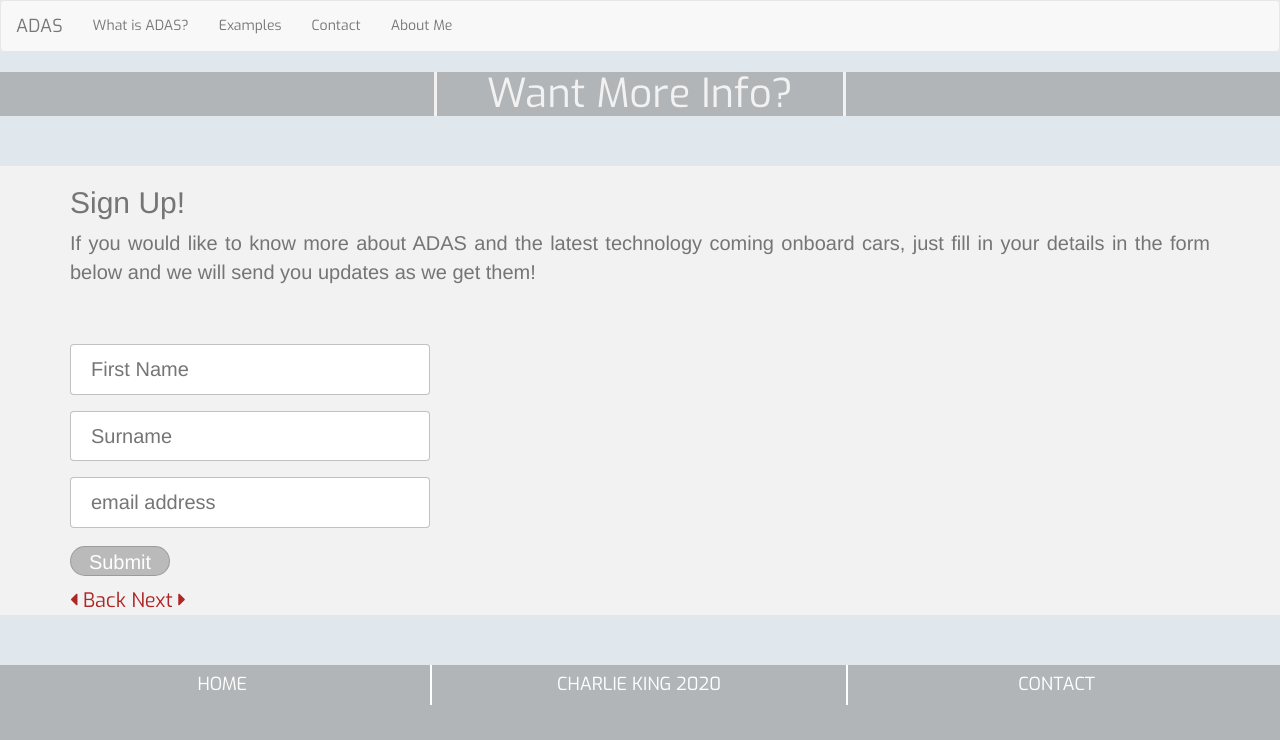
Repository: Cha-K28/First-Milestone-Project
Page: contact.html
The author's editor kept a record of every edit. The page is drawn from the files as they stood at one moment, then again after the next edit.
The browser window is 1280 px wide. The pictures show the whole page.
Some web libraries are served in a nearby version.

Above is the page before.

### contact.html
<!DOCTYPE html>
<html lang="en">

<head>
    <meta charset="utf-8">
    <meta name="viewport" content="width=device-width, initial-scale=1">
    <link rel="stylesheet" href="https://maxcdn.bootstrapcdn.com/bootstrap/3.4.1/css/bootstrap.min.css">
    <script src="https://ajax.googleapis.com/ajax/libs/jquery/3.4.1/jquery.min.js"></script>
    <script src="https://maxcdn.bootstrapcdn.com/bootstrap/3.4.1/js/bootstrap.min.js"></script>
    <link href="https://fonts.googleapis.com/css?family=Exo&display=swap" rel="stylesheet">
    <link rel="stylesheet" href="https://cdnjs.cloudflare.com/ajax/libs/font-awesome/5.11.2/css/all.css" type="text/css" />

    <link rel="stylesheet" href="css/style.css" type="text/css" />
    <title>ADAS - What is it?</title>
</head>

<body>
    <!-- header  -->
    <header>
        <nav class="navbar navbar-default">
            <div class="container-fluid">
                <div class="navbar-header">

                    <button type="button" class="navbar-toggle" data-toggle="collapse" data-target="#myNavbar">
                        <span class="icon-bar"></span>
                        <span class="icon-bar"></span>
                        <span class="icon-bar"></span>
                    </button>

                    <a class="navbar-brand" href="index.html">ADAS</a>
                </div>
                <div class="collapse navbar-collapse" id="myNavbar">
                    <ul class="nav navbar-nav">
                        <li><a href="what_is_adas.html">What is ADAS?</a></li>
                        <li><a href="examples.html">Examples</a></li>
                        <li><a href="contact.html">Contact</a></li>
                        <li><a href="about_me.html">About Me</a></li>
                    </ul>
                </div>
            </div>
        </nav>
    </header>
    <!-- End header  -->

    <!-- Content -->

    <div class="top_headings">
        <H1>Want More Info?</H1>
    </div>

    <div class="bright_background">

        <div class="container">

            <h2>Sign Up!</h2>


            <p>
                If you would like to know more about ADAS and the latest technology coming onboard cars, just fill in your details in the form below and we will send you updates as we get them!
            </p>

            <div class="row">

                <div class="col-md-4">
                    <form>
                        <input type="text" name="first_name" placeholder="First Name" />
                        <input type="text" name="surname" placeholder="Surname" />
                        <input type="email" name="email" placeholder="email address">
                        <input type="submit" value="Submit" />
                    </form>
                </div>

            </div>




                <div>

                    <a href="examples.html" class="red-color"><i class="fas fa-caret-left"></i> Back </a>
                    <a href="about_me.html" class="red-color">Next <i class="fas fa-caret-right"></i></a>

                </div>



        </div>
    </div>

    <!-- End Content -->



    <!-- footer -->
    <div class="footer">
        <footer class="container-fluid footer_background">

                <div>
                    <div class="col-sm-4 footer_box">
                        <h4><a href="index.html">Home</a></h4>
                    </div>
                    <div class="col-sm-4 footer_box">
                        <h4>Charlie King 2020</h4>

                    </div>

                    <div class="col-sm-4">
                        <h4><a href="contact.html">Contact</a></h4>

                    </div>
                </div>

        </footer>
    </div>


    <!-- End footer -->

</body>

</html>

### css/style.css
body {
  background-color: #e1e8ed;
}


/* --------------------------------------- headings etc*/

.top_headings {
  background-color: #75757573;

}

h1 {
  width: fit-content;
  display: block;
  text-align: center;
  font-size: 40px;
  font-family: 'Exo', sans-serif;
  color: #f2f2f2;
  margin-left: auto;
  margin-right: auto;
  padding-left: 50px;
  padding-right: 50px;
  border-left: solid 3px #f2f2f2;
  border-right: solid 3px #f2f2f2;
  margin-bottom: 50px;

}

@media (Min-Width:768px) {

  h1 {
    border-right: solid 3px #f2f2f2;
  }

}

h2 {
  text-align: left;
}


h4 {
  margin-top: 10px;
  text-align: center;
  font-family: 'Exo', sans-serif;
  color: white;
  text-transform: uppercase;
}


/*----------------------------------------------- headings etc close */

/*----------------------------------------------- main content */

.container {

  font-size: 20px;
  color: #757575;
  text-align: justify;

}



.background-image {
  background-image: url(../images/background.png);
  background-size: cover;
  height: 450px;
  width: auto;
  background-position: center;
  background-repeat: no-repeat;
  margin-bottom: 50px;


}

@media (Max-Width:768px) {

  .background-image {
    height: 350px;
  }
}


@media (Max-Width:414px) {

  .background-image {
    height: 200px;
  }
}


.background-image-2 {
  background-image: url(../images/backround_image_2.jpg);
  background-size: cover;
  height: 200px;
  width: auto;
  background-position: center;
  background-repeat: no-repeat;
  margin-bottom: 50px;

}


p {
  margin-bottom: 50px;

}


.bright_background {
  background-color: #f2f2f2;
}


button {
  display: block;
  margin-left: auto;
  margin-right: auto;
  margin-bottom: 15px;
  border-radius: 25px;
  color: white;
  background-color: #af2626;

}

button:hover {
  background-color: #f2f2f2 ;
  border: solid 1px #757575 ;
  transition-duration: 3s;

}


a {
  font-family: "Exo", sans-serif;
  color: white;
}


a:hover {
  color: #757575 ;
  transition-duration: 2s;
}

.red-color {
  color: #af2626 ;
}

/*----------------------------------------end main content */



/* ---------------------------------- contact form */

input[type=email] {
  width: 100%;
  background-color: white;
  color: #75757573;
  padding: 10px 20px;
  margin: 8px 0;
  border: solid #75757573 1px;
  border-radius: 4px;
  cursor: pointer;

}

input[type=text] {
  width: 100%;
  background-color: white;
  color: #75757573;
  padding: 10px 20px;
  margin: 8px 0;
  border: solid #75757573 1px;
  border-radius: 4px;
  cursor: pointer;

}

input[type=submit] {
  width: 100px;
  height: 30px;
  border-radius: 25px;
  border: solid #75757573 1px;
  margin-top: 10px;
  color: white;
  background-color: #75757573;
  margin-bottom: 10px;

}

/* ----------------------------------------- Contact Form */



/* ----------------------------footer */

.footer {
  margin-top: 50px;
}


.footer_background {
  background-color: #75757573;
  height: 75px;
  position: relative;
  width: 100%;


}



@media (Min-Width:768px) {

  .footer_box {
    border-right: solid 2px white;
  }

}


/* ------------------------------footer */

After the next edit:
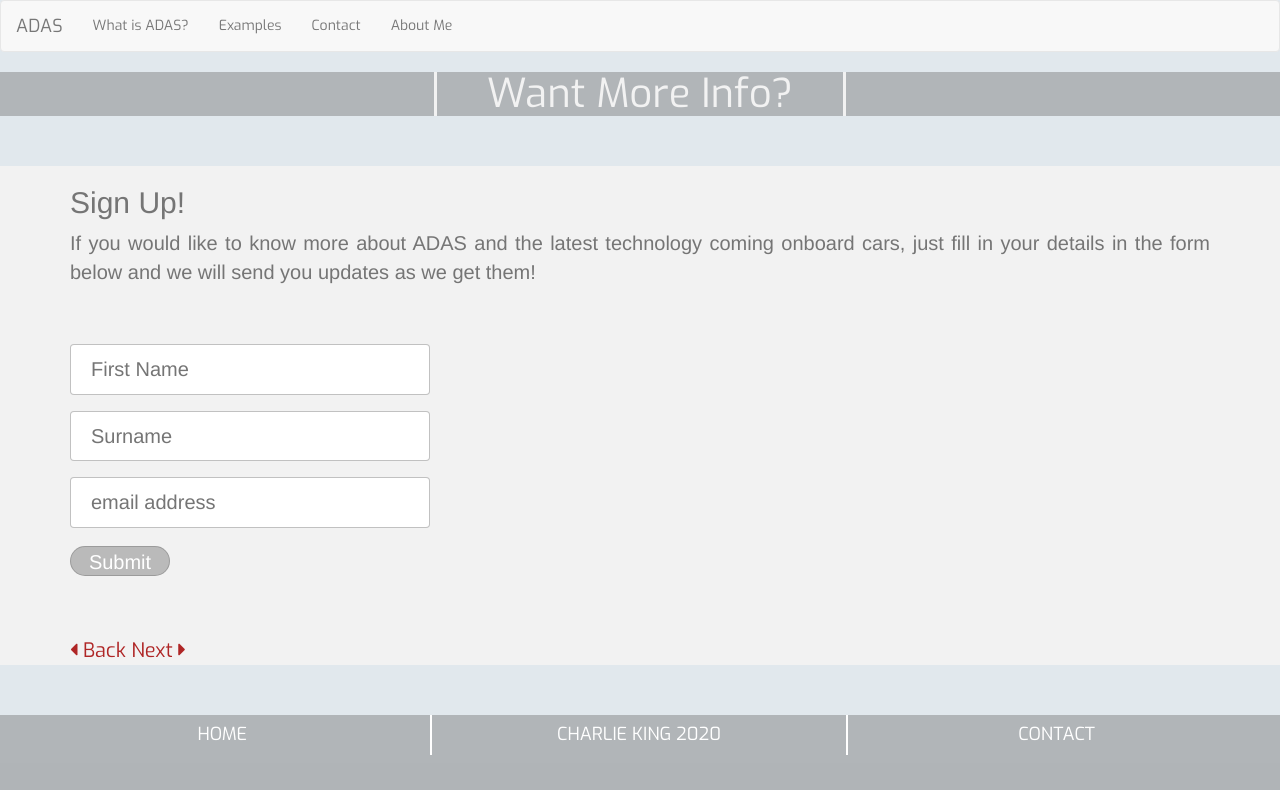
The edit:
--- a/contact.html
+++ b/contact.html
@@ -72,6 +72,10 @@
 
             </div>
 
+            <p>
+                <!-- empty paragraph to create space between submit button and back/next buttons -->
+            </p>
+
 
 
 
